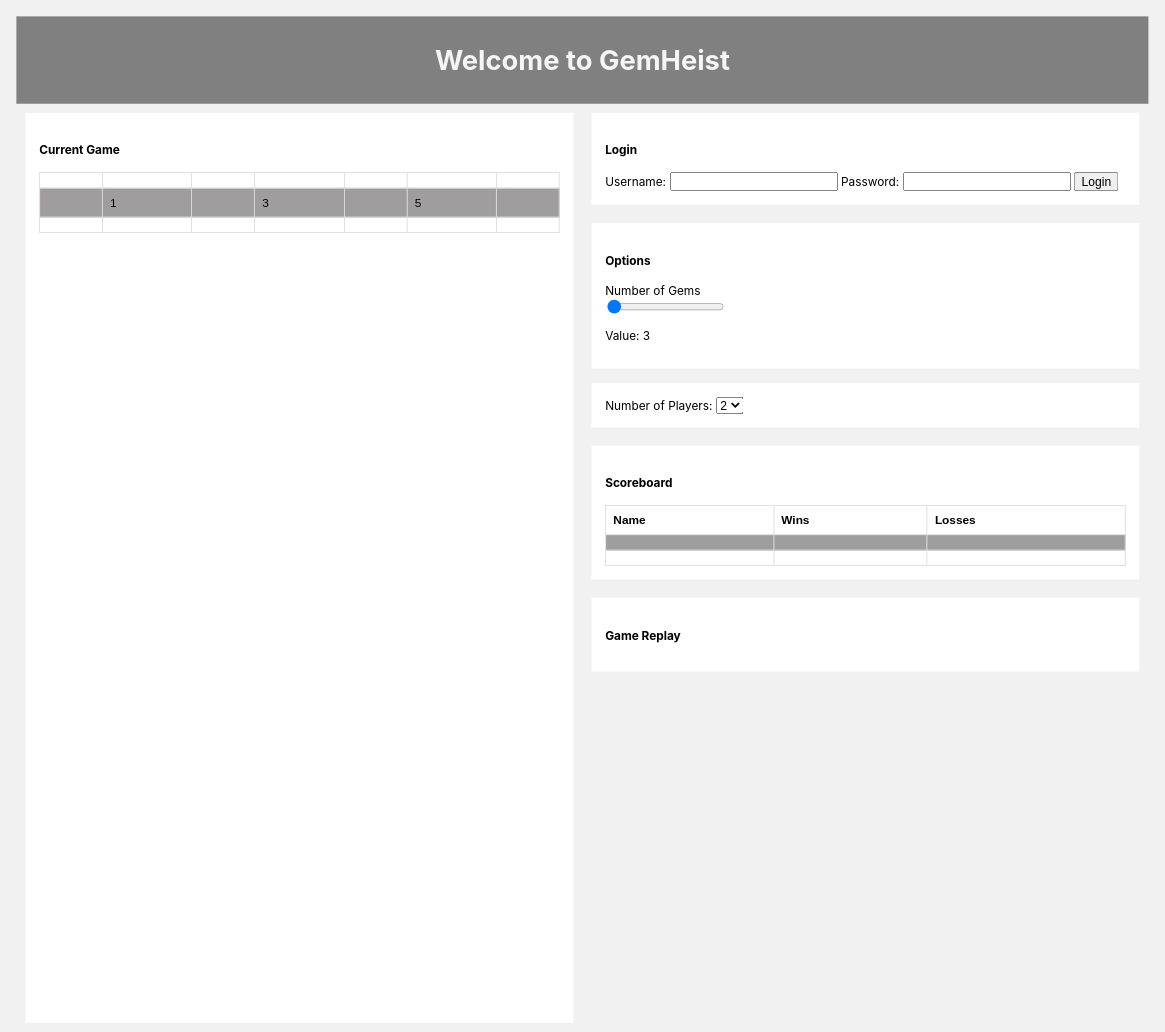
Repository: komalharjani/Gem-Heist
Page: board.html
The author's editor kept a copy of each file at every save. The page is drawn from the files as they stood at one save, then again after the next save.
The browser window is 1280 px wide. The pictures show the whole page, at 91% of full size.

Above is the page before, as saved 2020-04-05 20:25:56.

After the next save:
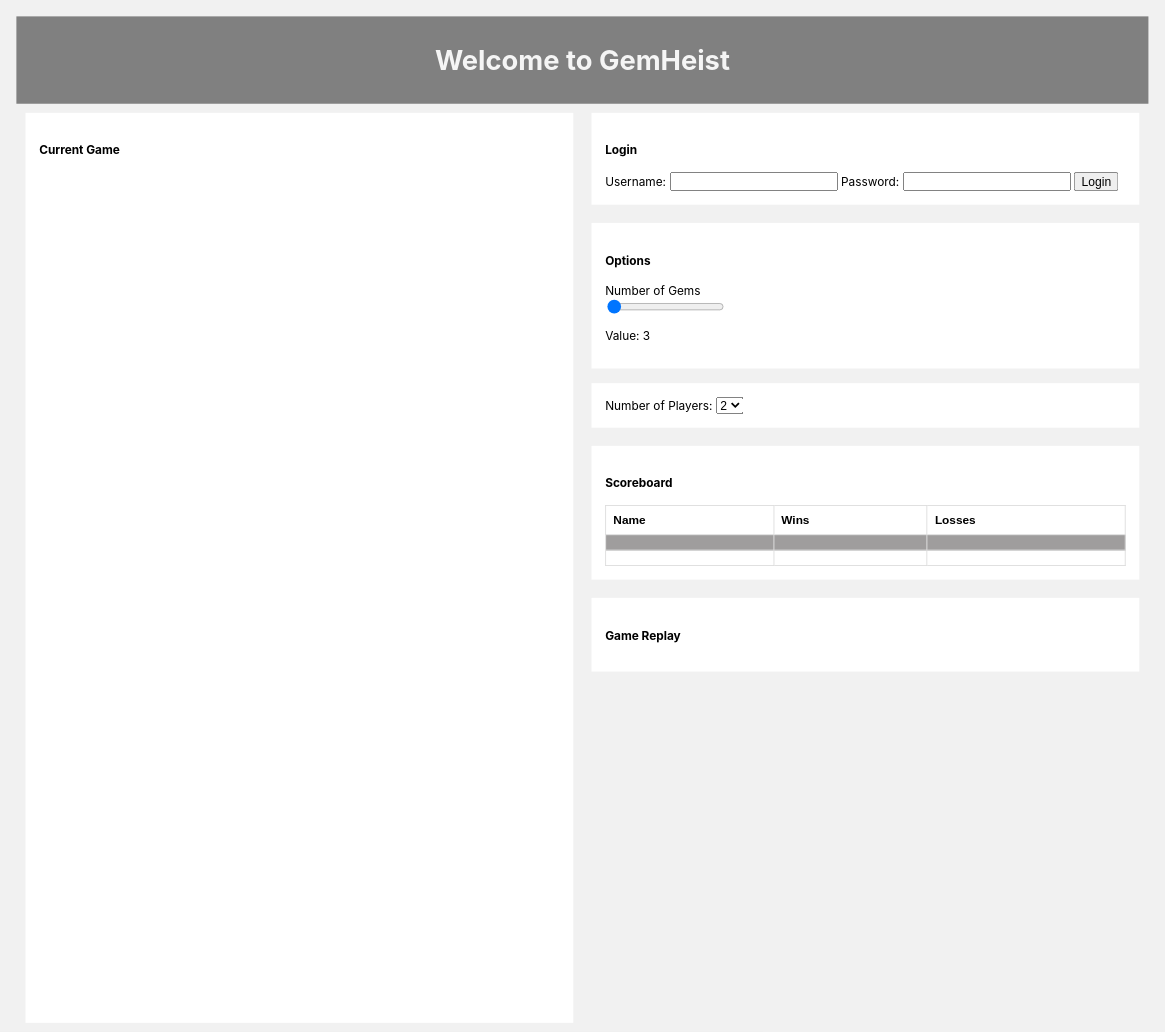
Console error: SyntaxError: Unexpected token '='
Saved 61 s later.
--- a/model_Board.js
+++ b/model_Board.js
@@ -31,7 +31,7 @@
             var cell = document.createElement('td'); //create columns for each width
             if (j % 2 && i % 2) { //identify gem cells
                 console.log(i,j);
-                cell.innerHTML = (i,j);
+                cell.innerHTML = = i +" " + j;
             //     cell.innerHTML = gemChar;
             //     cell.className = "gem";
             }

After the save that followed:
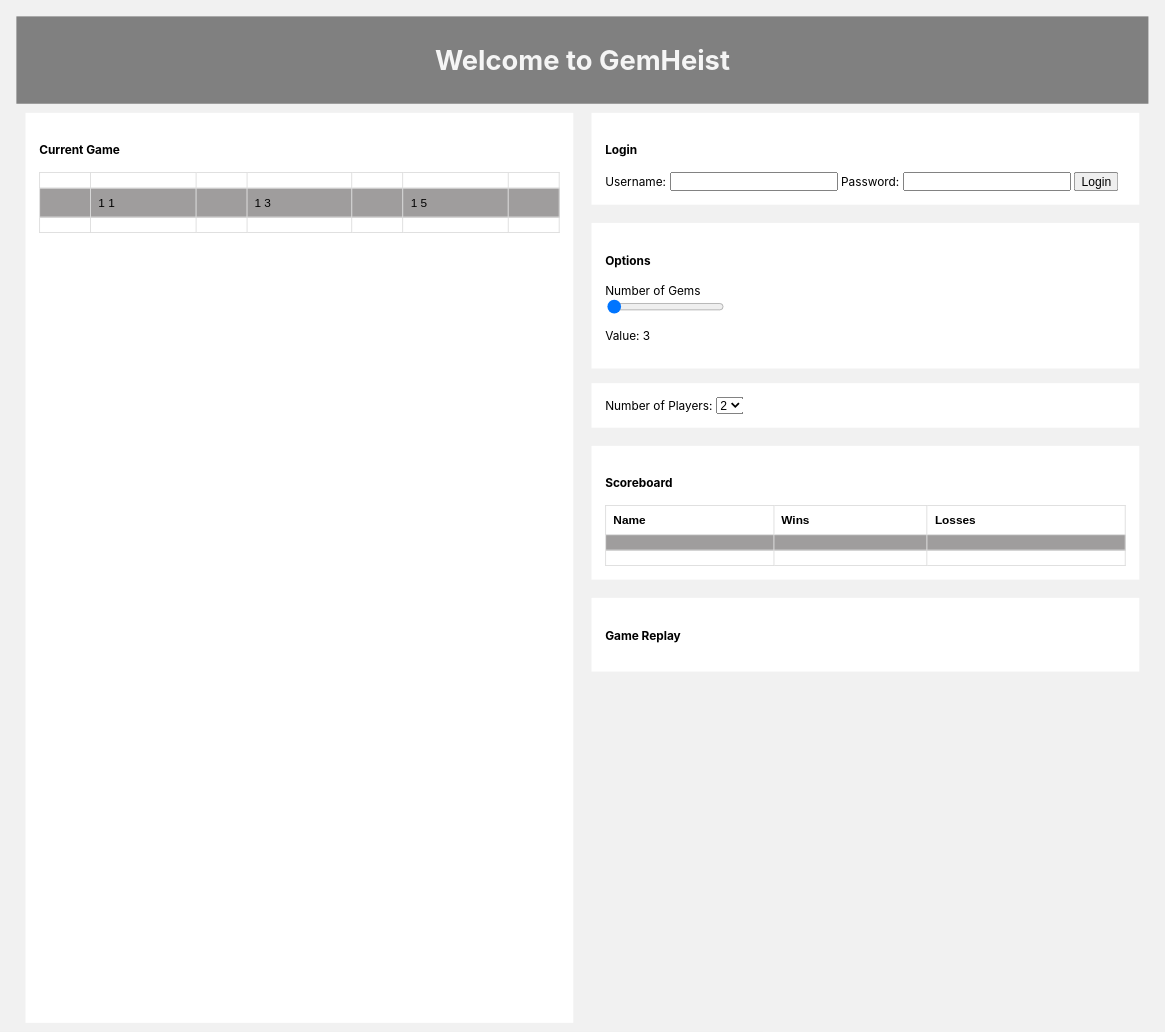
The error is gone.
Saved 5 s later.
--- a/model_Board.js
+++ b/model_Board.js
@@ -31,7 +31,7 @@
             var cell = document.createElement('td'); //create columns for each width
             if (j % 2 && i % 2) { //identify gem cells
                 console.log(i,j);
-                cell.innerHTML = = i +" " + j;
+                cell.innerHTML = i +" " + j;
             //     cell.innerHTML = gemChar;
             //     cell.className = "gem";
             }
